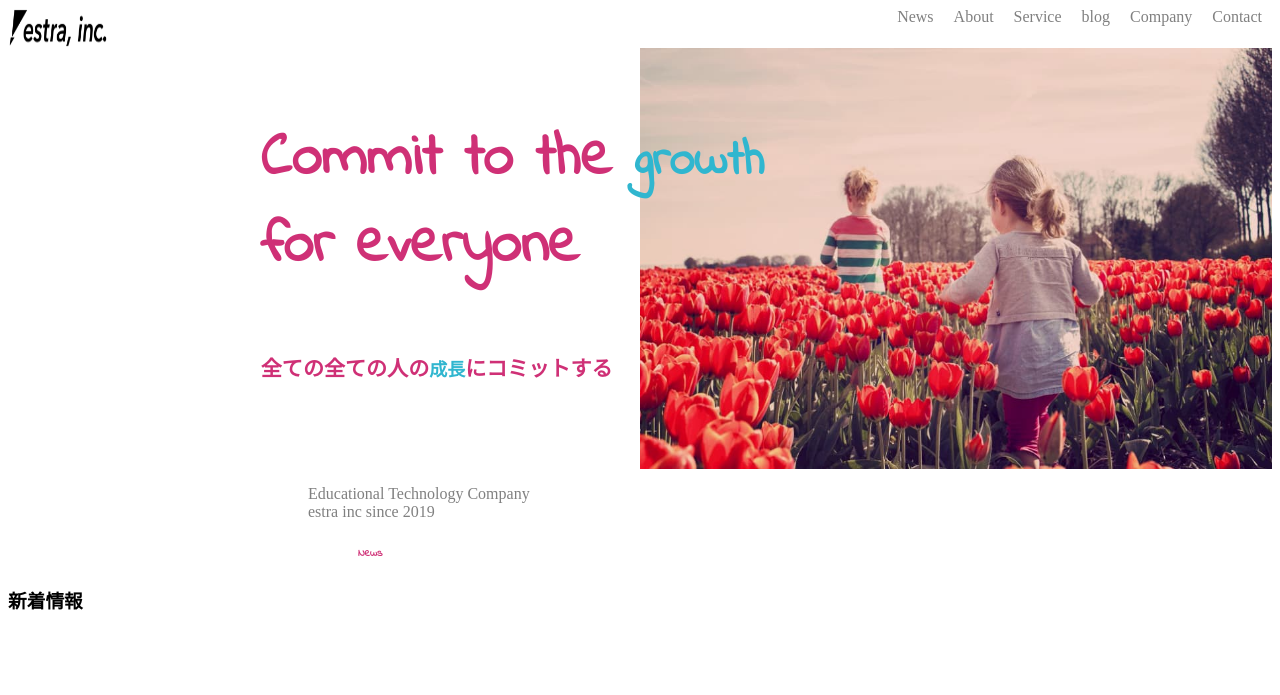
Repository: sigemasaasuka/20210902
Page: index.html
The author's editor kept a copy of each file at every save. The page is drawn from the files as they stood at one save, then again after the next save.
The browser window is 1280 px wide. The pictures show the whole page.

Above is the page before, as saved 2021-09-08 21:13:05.

After the next save:
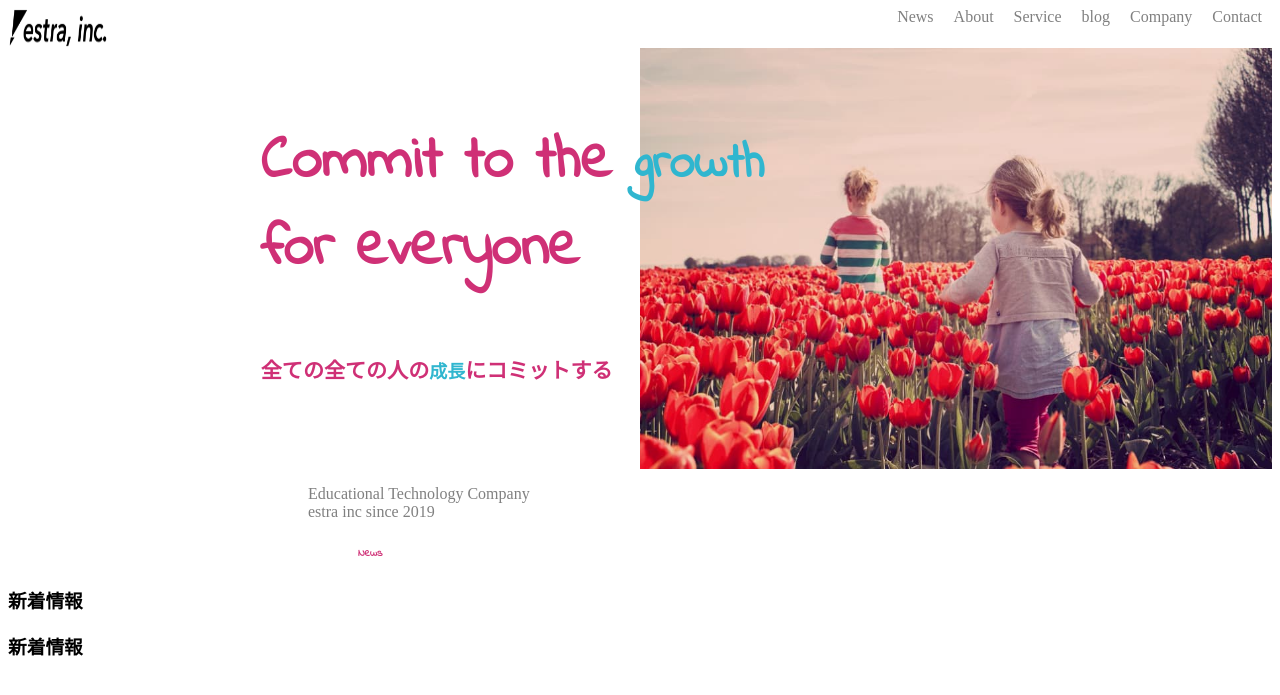
Saved 6 s later.
--- a/index.html
+++ b/index.html
@@ -37,7 +37,7 @@
     <h6>News</h6>
     </div>
     <div class="list">
-
+      <h3>新着情報</h3>
     </div>
     <h3>新着情報</h3>
    </div>

After the save that followed:
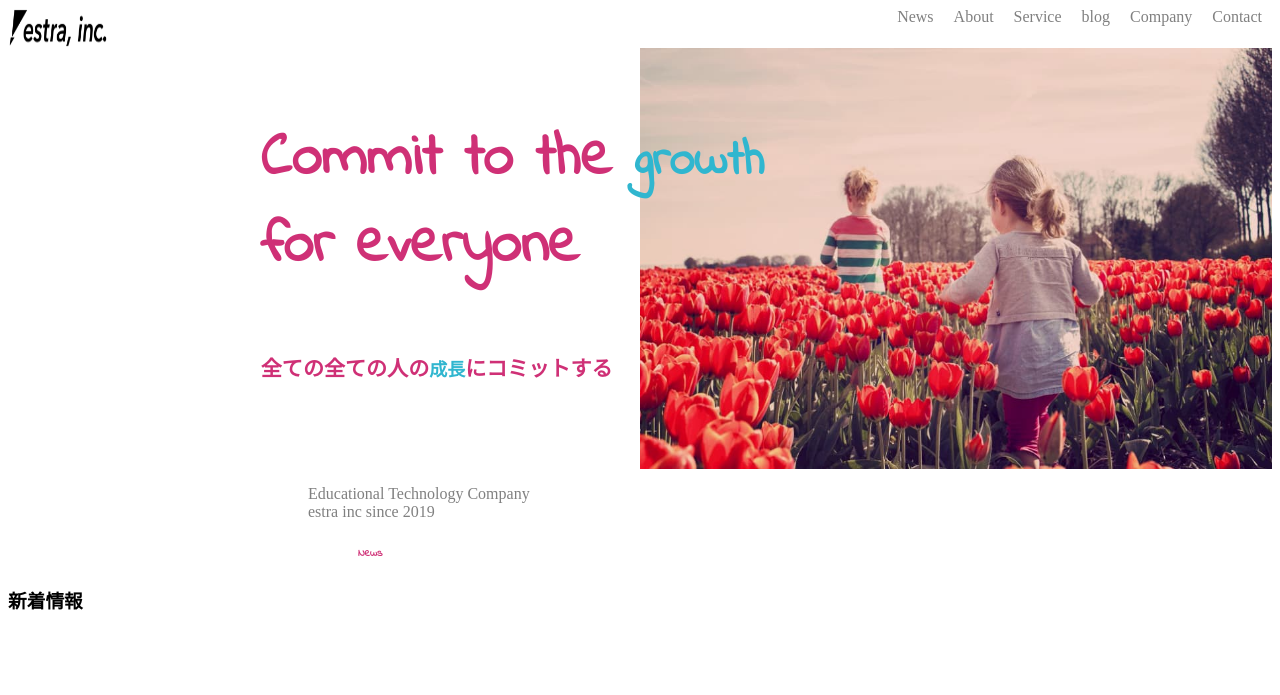
Saved 4 s later.
--- a/index.html
+++ b/index.html
@@ -39,7 +39,6 @@
     <div class="list">
       <h3>新着情報</h3>
     </div>
-    <h3>新着情報</h3>
    </div>
 　</div>
 
